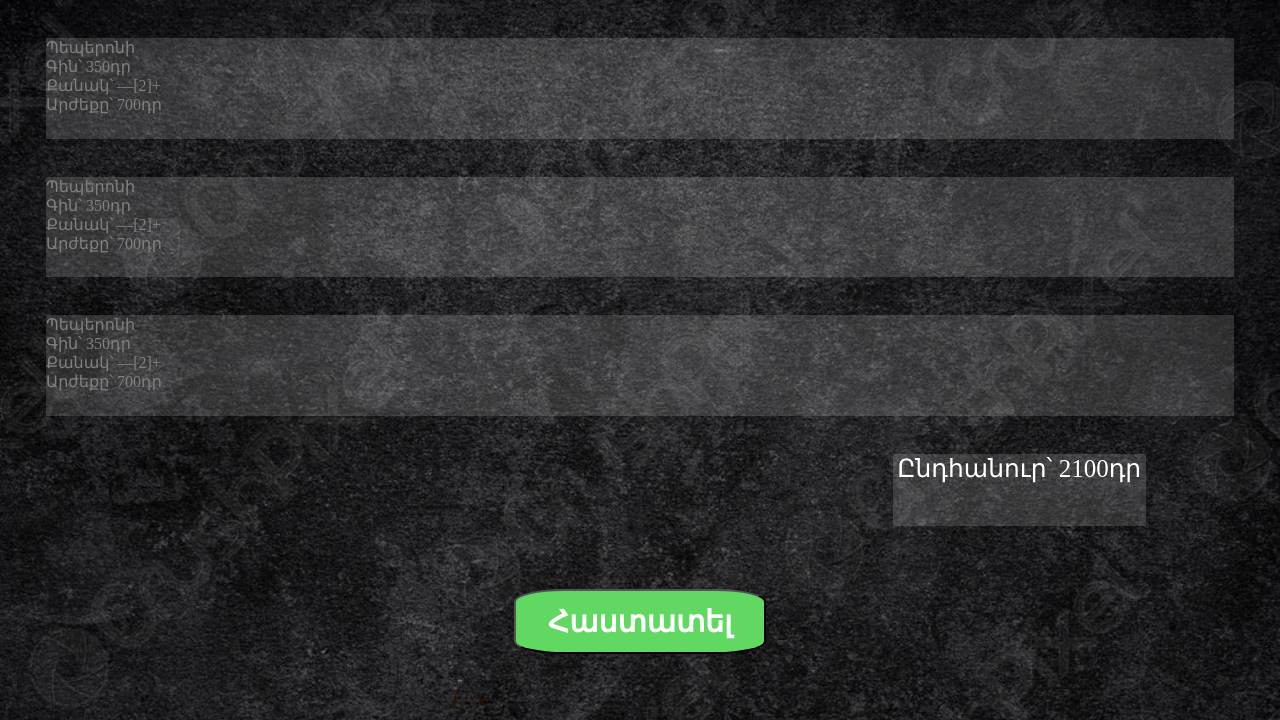
Repository: NarekTovmasyan/PizzaManue
Page: public/basket.html
An editor plug-in stored every save of this project. The page is shown before and after the next save, followed by the edit.
The browser window is 1280 px wide. The pictures show the whole page.

Above is the page before, as saved 2022-01-20 14:16:04.

### public/basket.html
<!DOCTYPE html>
<html lang="en">
<head>
    <meta charset="UTF-8">
    <meta http-equiv="X-UA-Compatible" content="IE=edge">
    <meta name="viewport" content="width=device-width, initial-scale=1.0">
    <link rel="stylesheet" href="basket.css">
    <title>BASKET</title>

</head>
<body>
    <div class= "main">
        <div class ="prop">
            <div class="pizza1"></div>
            <div>Պեպերոնի</div>
            <div>Գին՝ 350դր</div>
            <div>Քանակ՝ —[2]+ </div>
            <div>Արժեքը՝ 700դր</div>
            <div></div>
         </div>
        <div class ="prop">
            <div class="pizza2"></div>
            <div>Պեպերոնի</div>
            <div>Գին՝ 350դր</div>
            <div>Քանակ՝ —[2]+ </div>
            <div>Արժեքը՝ 700դր</div>
            <div></div>
        </div>
        <div class ="prop">
            <div class="pizza3"></div>
            <div>Պեպերոնի</div>
            <div>Գին՝ 350դր</div>
            <div>Քանակ՝ —[2]+ </div>
            <div>Արժեքը՝ 700դր</div>
            <div></div>
        </div>
        <div class ="sum">Ընդհանուր՝ 2100դր</div>
         <button class = "confirm">Հաստատել</button>
    </div>
</body>
</html>

### public/basket.css
body {
    background-image: url(./images/background.jpg);
    background-repeat: no-repeat;
    background-size: cover;
  }
 .main{
      width: 100%;
      height: 80vh;
}
.prop{
  background-color: rgba(255, 255, 255, 0.144) ;
  color: grey;
  width: 94%;
  height: 14vh;
  margin-top: 3%;
  margin-left: 3%;
}
.sum{
    background-color: rgba(255, 255, 255, 0.144) ;
    width: 20%;
    height: 10vh;
    margin-top: 3%;
    margin-left: 70%;
    font-size: 25px;
    font-weight: 500;
    text-align:center;
    color:white;


}

.confirm{
    background-color:rgb(97, 216, 97);
    height: 9vh;
    width: 20%;
    border-radius:20%;
    text-align:center;
    font-size: 30px;
    font-weight: 700;
    margin-left:40%;
    margin-top: 5%;
    color:white;
    cursor: pointer;
}
.confirm:hover {
    background-color: rgb(216, 250, 216);
    color: black
  }

After the next save:
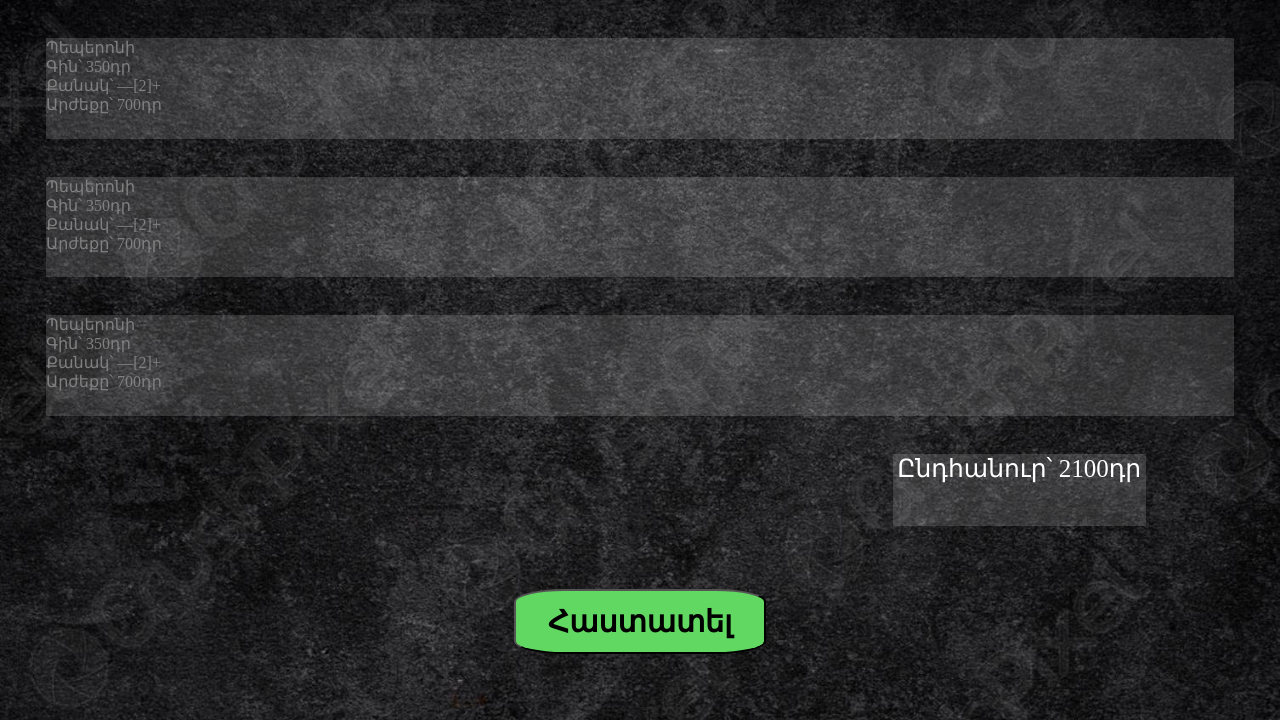
Saved 54 s later.
--- a/public/basket.css
+++ b/public/basket.css
@@ -39,7 +39,7 @@
     font-weight: 700;
     margin-left:40%;
     margin-top: 5%;
-    color:white;
+    color:white important!;
     cursor: pointer;
 }
 .confirm:hover {

After the save that followed:
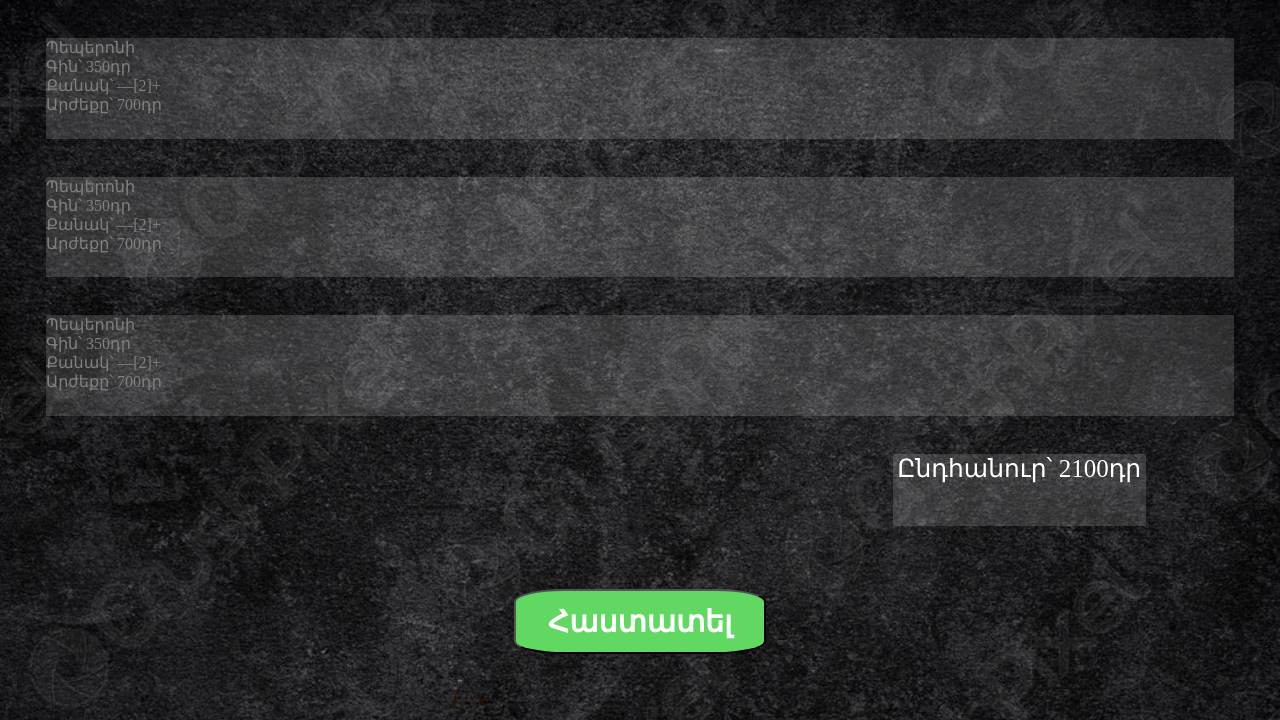
Saved 14 s later.
--- a/public/basket.css
+++ b/public/basket.css
@@ -39,7 +39,7 @@
     font-weight: 700;
     margin-left:40%;
     margin-top: 5%;
-    color:white important!;
+    color:white;
     cursor: pointer;
 }
 .confirm:hover {
